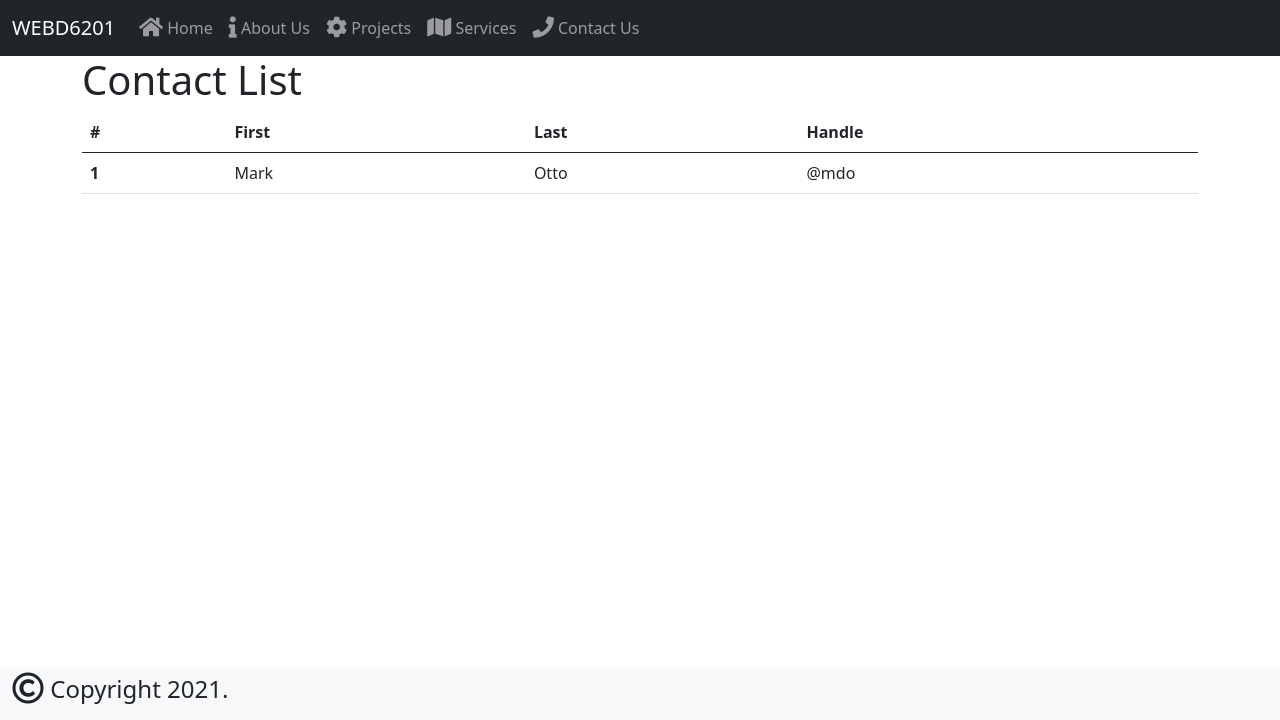
Repository: ahmedrizvi/WEB6201-W2021-ICE02
Page: contact-list.html
An editor plug-in stored every save of this project. The page is shown before and after the next save, followed by the edit.
The browser window is 1280 px wide. The pictures show the whole page.

Above is the page before, as saved 2021-01-29 22:25:05.

After the next save:
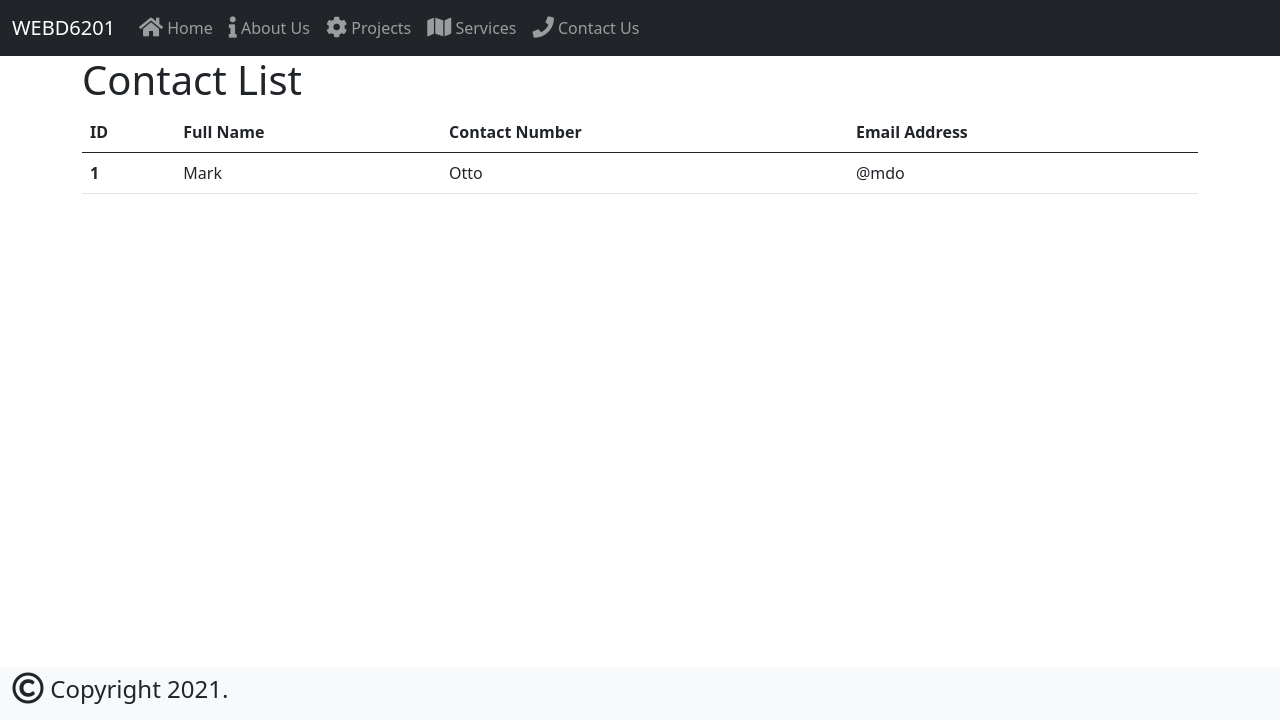
Saved 19 s later.
--- a/contact-list.html
+++ b/contact-list.html
@@ -55,10 +55,10 @@
             <table class="table">
               <thead>
                 <tr>
-                  <th scope="col">#</th>
-                  <th scope="col">First</th>
-                  <th scope="col">Last</th>
-                  <th scope="col">Handle</th>
+                  <th scope="col">ID</th>
+                  <th scope="col">Full Name</th>
+                  <th scope="col">Contact Number</th>
+                  <th scope="col">Email Address</th>
                 </tr>
               </thead>
               <tbody>
